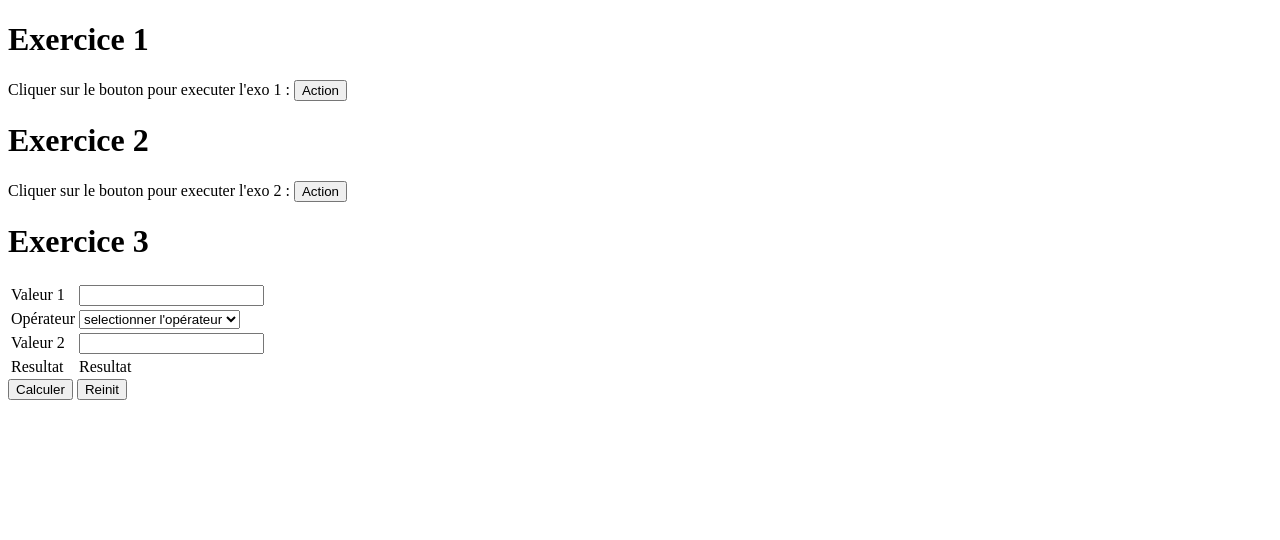
Repository: AgatheLM/formation_js
Page: insee-travaux-js/insee-client-js/exo1.html
The author's editor kept a copy of each file at every save. The page is drawn from the files as they stood at one save, then again after the next save.
The browser window is 1280 px wide. The pictures show the whole page.

Above is the page before, as saved 2018-01-24 13:24:16.

### insee-travaux-js/insee-client-js/exo1.html
<!DOCTYPE html>
<html>
<head>
<meta charset="utf-8">
<meta http-equiv="X-UA-Compatible" content="IE=edge">
<title>Ma page de calcul</title>
<script type="text/javascript" src="scripts/main.js"></script>
</head>
<body>

	<h1>Exercice 1</h1>
	<form action="">
		Cliquer sur le bouton pour executer l'exo 1 : <input type="button"
			value="Action" onclick="main()" />
	</form>

	<h1>Exercice 2</h1>
	<form action="">
		Cliquer sur le bouton pour executer l'exo 2 : <input type="button"
			value="Action" onclick="main_exo2()" />
	</form>

	<h1>Exercice 3</h1>
	<form action="">
		<table>
			<tr>
				<td><label for="val1"> Valeur 1 </label> </td>
				<td><input type="text" name="val1" id="val1" /></td>
			</tr>
			<tr>
				<td><label for="operateur"> Opérateur </label> </td>
				<td><select name="operateur" id="operateur">
						<option value="none">selectionner l'opérateur</option>
						<option value="+">+</option>
						<option value="-">-</option>
						<option value="*">*</option>
						<option value="/">/</option>
				</select></td>
			</tr>
			<tr>
				<td><label for="val2" > Valeur 2 </label></td>
				<td><input type="text" name="val2" id="val2" /></td>
			</tr>
			<tr>
				<td><label for="resultat" > Resultat</label></td>
				<td><label id="result" name="result"> Resultat </label></td>
			</tr>
		</table>
			<input type="button" value="Calculer" onclick="main_exo3()" />
			<input type="button" value="Reinit" onclick="main_exo3_reinit()" />
	</form>


</body>
</html>

### insee-travaux-js/insee-client-js/scripts/main.js

/*************************
* Exercice 1             *
*************************/

function main(){

	// Exercice 1
	try{
		// 1 - Demande à l'utilisateur
		var largeur = prompt ('Renseigner la largeur?','');
		var longueur = prompt ('Renseigner la longueur?','');
		//2. Appel aux fonctions utilitaires
		var surface=calculSurface(longueur, largeur);
		var perimetre=calculPerimetre(longueur, largeur);
		//3. Affichage du résultat
		alert ("La surface est de " + surface);
		alert ("Le périmètre est de " + perimetre);
	} catch(e) {
		console.log(e);
	}


}


	function calculSurface (longueur, largeur)  {
		try {
			surface=longueur*largeur;
			return surface;
		} catch(e){
			console.log(e);
		}

	}

	function calculPerimetre (longueur, largeur){
		try {
			perimetre=2*longueur+2*largeur;
			return perimetre;
		}catch(e){
			console.log(e);
		}

	}



/*************************
* Exercice 2             *
*************************/

	function main_exo2(){

		/*Exercice 2 : Manipulation des tableaux
		Nous souhaitons afficher les éléments d’un tableau selon l’indice fourni par un utilisateur.
		Cette action sera répétée autant de fois jusqu’à ce que l’utilisateur saisisse le nombre « -1 » pour sortir.
		Travail à faire :
		- Coder une fonction qui initialisera le tableau ci dessous :
		var tab = new Array("Hollande","ZOME","Sarkozy","LE PEN","LE MAIRE","VALLS"
		- Faire pointer l’action du bouton sur cette nouvelle fonction.
		*/

		try{
			var tab = initTableau();
			var max=tab.length;
			var i = 0;
			while (i!=-1 ){
				i = parseInt(prompt ('Quel élément voulez vous?'));
				if ( i<max){
					alert(afficheElement(tab,i));
					//i = prompt ('Quel élément voulez vous?');
				} else  {
					alert ("Indice incorrect, il n'y a que " + max + " élements");
					//i = prompt ('Quel élément voulez vous?');
				}
			}

		} catch(e) {
			console.log(e);
		}


	}

	function initTableau(){
		return new Array("Hollande","ZOME","Sarkozy","LE PEN","LE MAIRE","VALLS");
	}


	function afficheElement(tab, i){
		return tab[i];
	}



	function main_exo3(){
		/*Exercice 3 : Faire une calculette*/

		try{
			var resul;
			var v1 = parseFloat(document.getElementById("val1").value);
			var v2 = parseFloat(document.getElementById("val2").value);
			var op = document.getElementById("operateur").value;
			resul=calcul(v1,v2,op);
			result.innerHTML=resul;

		} catch(e) {
			console.log(e);
		}

	}


/*************************
* Exercice 3             *
*************************/

	function main_exo3_reinit(){
		/*Exercice 3 : Faire une calculette*/

		try{
			document.getElementById("val1").value="";
			document.getElementById("val2").value="";
			document.getElementById("operateur").value="none";
			result.innerHTML="";

		} catch(e) {
			console.log(e);
		}

	}

	function calcul (v1,v2,op){
		var resul;
		switch(op){
		case "+" :
			resul = v1 + v2
			break;
		case "-" :
			resul = v1-v2
			break;
		case "*" :
			resul = v1*v2
			break;
		case "/" :
			if(v2!=0){
				resul = v1/v2
			}else{
				resul=0;
				alert("On ne peut pas diviser par 0");
				main_exo3_reinit();
			}
			break;
		}
		return resul;
	}

After the next save:
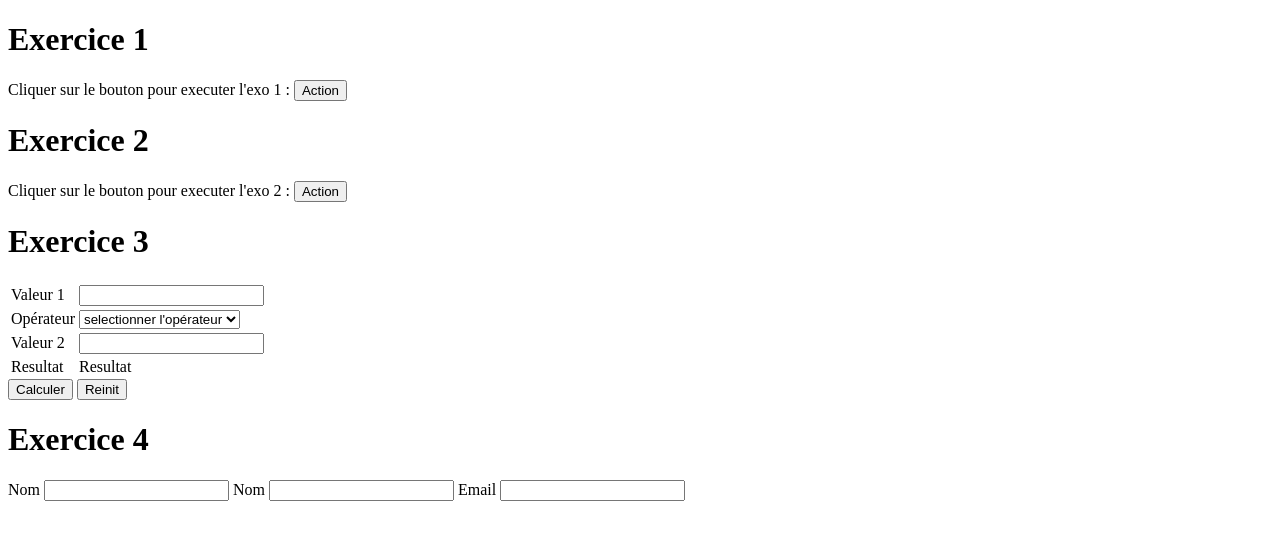
Saved 5 min 23 s later.
--- a/insee-travaux-js/insee-client-js/exo1.html
+++ b/insee-travaux-js/insee-client-js/exo1.html
@@ -50,6 +50,30 @@
 			<input type="button" value="Reinit" onclick="main_exo3_reinit()" />
 	</form>
 
+	<h1>Exercice 4</h1>
+
+	<form>
+		<tr>
+			<!-- Un champ « nom » : Ce champ doit être obligatoire -->
+			<td><label for="nom" > Nom </label></td>
+			<td><input type="text" name="nom" id="nom" /></td>
+		</tr>
+		<tr>
+		<!-- Un champ « annee_naissance » : Ce champ s’il est renseigné ne doit accepter que des nombres numériques -->
+			<td><label for="nom" > Nom </label></td>
+			<td><input type="text" name="nom" id="nom" /></td>
+		</tr>
+		<tr>
+		<!-- Un champ email : Si ce champ est renseigné l’email doit être valide avant de perdre le focus -->
+			<td><label for="email" > Email </label></td>
+			<td><input type="text" name="nom" id="nom" /></td>
+		</tr>
+		<tr>
+		<!-- Un champ code postal : le code Postal doit être un nombre à 5 chiffres s’il est renseigné. -->
+		</tr>
+	</form>
+
+
 
 </body>
 </html>
